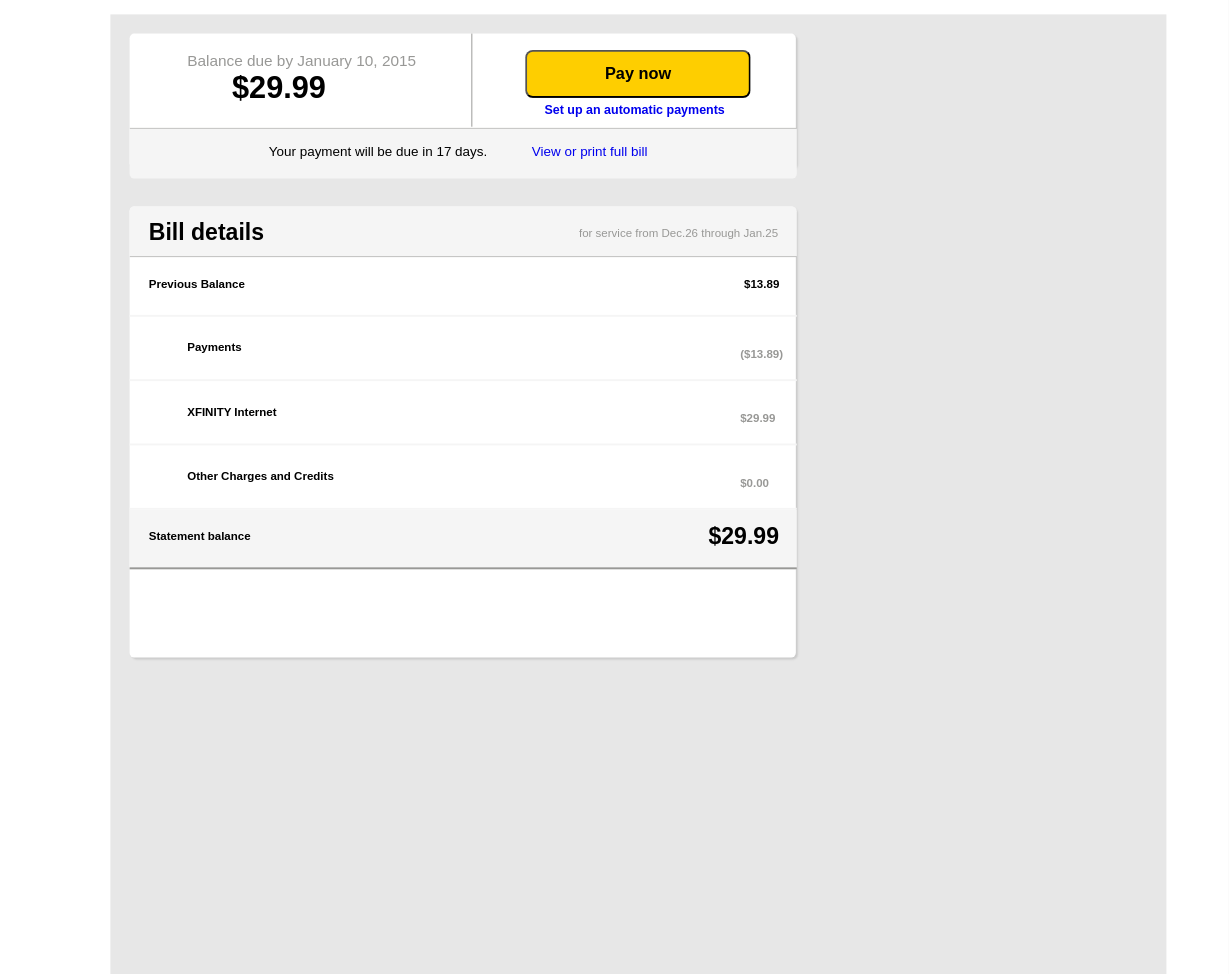
Repository: Sakivaday/UI-TSQ
Page: Aptana Studio 3 Workspace/tsq/assignment3/comcast2.html
An editor plug-in stored every save of this project. The page is shown before and after the next save, followed by the edit.
The browser window is 1280 px wide. The pictures show the whole page, at 96% of full size.
Pictures or frames that could not be fetched are drawn as grey boxes.

Above is the page before, as saved 2015-01-21 03:03:40.

### Aptana Studio 3 Workspace/tsq/assignment3/comcast2.html
<!DOCTYPE html>
<html lang="en">
	<head>


		<title>comcast2</title>
		<link href="comcst2.css" rel="stylesheet" type="text/css" media="all"/>
	</head>

	<body>
		<div class="bigbox">
			<div class="topleft1">

				<div class="cash">
					<p>Balance due by January 10, 2015</p>
					<h1>$29.99</h1>
				</div>
				<div class="pay">
					<button>Pay now</button>
					<a href="#">Set up an automatic payments</a>
				</div>
				<div class="days">
					<ul><li>
					<p>Your payment will be due in 17 days.
					<a href="#">View or print full bill</a></p>
				</li></ul>
				</div>
				</div>

			<div class="topleft2">
				<div class="billdetails">
					<h2>Bill details</h2>
					<div class="questionmark"></div>
					<p>for service from Dec.26 through Jan.25</p>
				</div>
			<div class="previousbalance">
				<p id="pb">Previous Balance</p>
				<p id="cc">$13.89</p>
			</div>
			<div class="rectbox1">
				<ul>
					<li>
						<div class="arrow"><p class="lft">Payments</p>
						</div>
						<p class="bill">($13.89)</p>
					</li></ul></div>

			<div class="rectbox1">	<ul>    <li>
						<div class="arrow"><p class="lft">XFINITY Internet</p>
						</div>
						<p class="bill">$29.99</p>
			</li></ul></div>
			<div class="rectbox1"><ul>		<li>
						<div class="arrow"><p class="lft">Other Charges and Credits</p>
						</div>
						<p class="bill">$0.00</p>
			</li></ul></div>
		<div class="statement">
					<p id="sb">Statement balance</p>
					<h2 id="p">$29.99</h2>
				</div>



			</div>



		</div>



	</body>
</html>

### Aptana Studio 3 Workspace/tsq/assignment3/comcst2.css
*{
	padding:0px;
	margin:0px;
	font-family: "Arial";
	text-decoration: none;
	list-style: none;
}
.bigbox {
	width:1100px;
	height: 1000px;
	margin-left:115px;
	margin-top: 15px;
	background-color: #e7e7e7;
}
.topleft1{
	width: 694px;
	height: 140px;
	background-color: white;
	box-shadow: 2px 2px 2px #cacaca;
	border-radius: 5px;
	margin-left: 20px;
	margin-top: 20px;
	display: inline-block;
}
.cash{
	float:left;
	margin-left: 30px;
	margin-top:20px;
	width: 47%;
}
.cash p{
	color: #989896;
	margin-left: 30px;
}
.cash h1{
	text-align: center;
	margin-left: -75px;
}
button{
	background-color: #fece00;
	width: 235px;
	height: 50px;
	border-radius: 8px;
	font-weight: bold;
	font-size: 17px;
	float:left;
	margin-left: 55px;
	margin-top: 17px;
}
.pay a{
	font-size: 13px;
	font-weight:600;
	margin-left: 75px;
	padding-top: 5px;
	padding-bottom: 10px;
	display: inline-block;
}
.pay{
	width: 47%;
	float:left;
	border-left: 1px solid #989896;
}
.days{
	background-color: #F5F5F5;
	border-top: 1px solid #989896;
	height: 52px;
	width: 695px;
	margin-top: 98px;
	border-radius: 0px 0px 5px 5px;
}
.days ul li p{
	margin-left: 145px;
	margin-top: 16px;
	font-size: 14px;
}
.days ul li a{
	font-size:14px;
	margin-left: 274px;
    display:inherit;
    margin-top: -17px;
}
.pdf{
	margin-left: 500px;
	margin-top: 16px;
	font-size: 14px;
}
.topleft2{
	width: 694px;
	height: 470px;
	background-color: white;
	box-shadow: 2px 2px 2px #cacaca;
	border-radius: 5px;
	margin-left: 20px;
	margin-top: 40px;
	display: inline-block;
}
.billdetails{
    background-color: #F5F5F5;
	border-bottom: 1px solid #989896;
	height: 52px;
	width: 695px;
	border-radius: 5px 5px 0px 0px;
}
.billdetails h2{
	margin-top: 13px;
	margin-left: 20px;
	float: left;
}
.questionmark{
	background: url('pictures/sprite.png') no-repeat;
	width:14px;
	height:14px;
	background-position: -200px -1300px;
	float: left;
	margin-top: 21px;
	margin-left: 10px;
}
.billdetails p{
	margin-top: -14px;
	margin-left: 328px;
	float:left;
	font-size: 12px;
	color: #989896;
}
.previousbalance{
	border-bottom: 2px solid #F5F5F5;
	height: 60px;
	width: 695px;
}
#pb{
	margin-left:20px;
	margin-top: 21px;
	font-weight:600;
	float:left;
	font-size: 12px;
}
#cc{
	margin-left:520px;
	margin-top: 21px;
	font-weight:600;
	float: left;
	font-size: 12px;
}
.arrow{
	background: url('pictures/sprite.png') no-repeat;
	width:23px;
	height:23px;
	background-position: -101px -500px;
	float: left;
	margin-top: 21px;
	margin-left: 20px;
}
.lft{
	float: left;
	margin-top: 4px;
	margin-left: 40px;
	font-weight:600;
	font-size: 12px;
	width: 160px;
}
.bill{
	float: left;
	margin-top: -12px;
	margin-left: 636px;
	font-weight:600;
	font-size: 12px;
	color: #989896;
	display:inline-block;
}
.rectbox1{
	border-bottom: 2px solid #F5F5F5;
	height: 65px;
	width: 695px;
}
.statement{
	border-bottom: 2px solid #989896;
	height: 60px;
	width: 695px;
	background-color: #F5F5F5;
}
#sb{
	margin-left:20px;
	margin-top: 21px;
	font-weight:600;
	float:left;
	font-size: 12px;
}
#p{
	margin-left: 603px;
	margin-top: -21px;
	float: left;
}

After the next save:
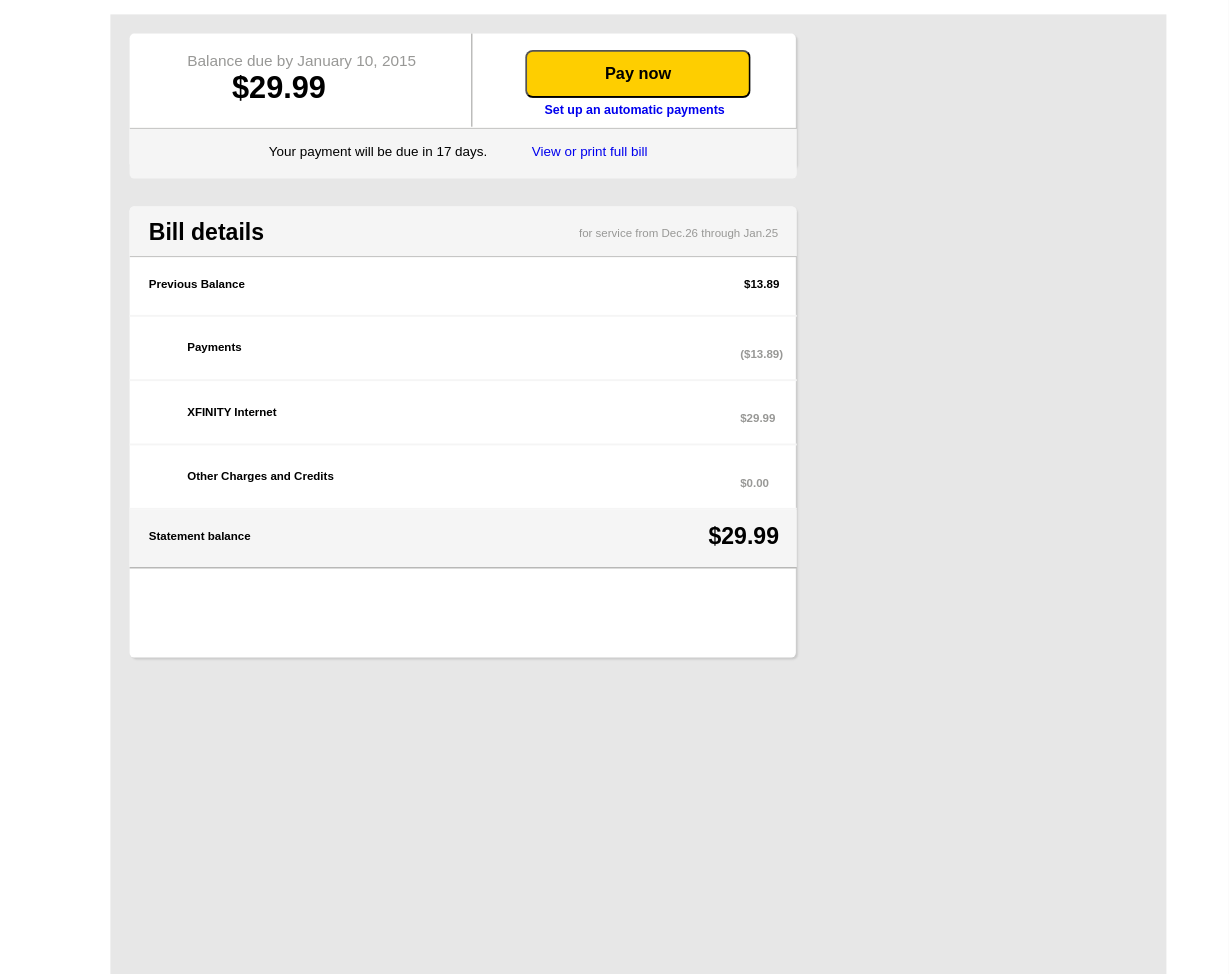
Saved 2 min 0 s later.
--- a/Aptana Studio 3 Workspace/tsq/assignment3/comcst2.css
+++ b/Aptana Studio 3 Workspace/tsq/assignment3/comcst2.css
@@ -173,7 +173,7 @@ button{
 	width: 695px;
 }
 .statement{
-	border-bottom: 2px solid #989896;
+	border-bottom: 1px solid #989896;
 	height: 60px;
 	width: 695px;
 	background-color: #F5F5F5;
